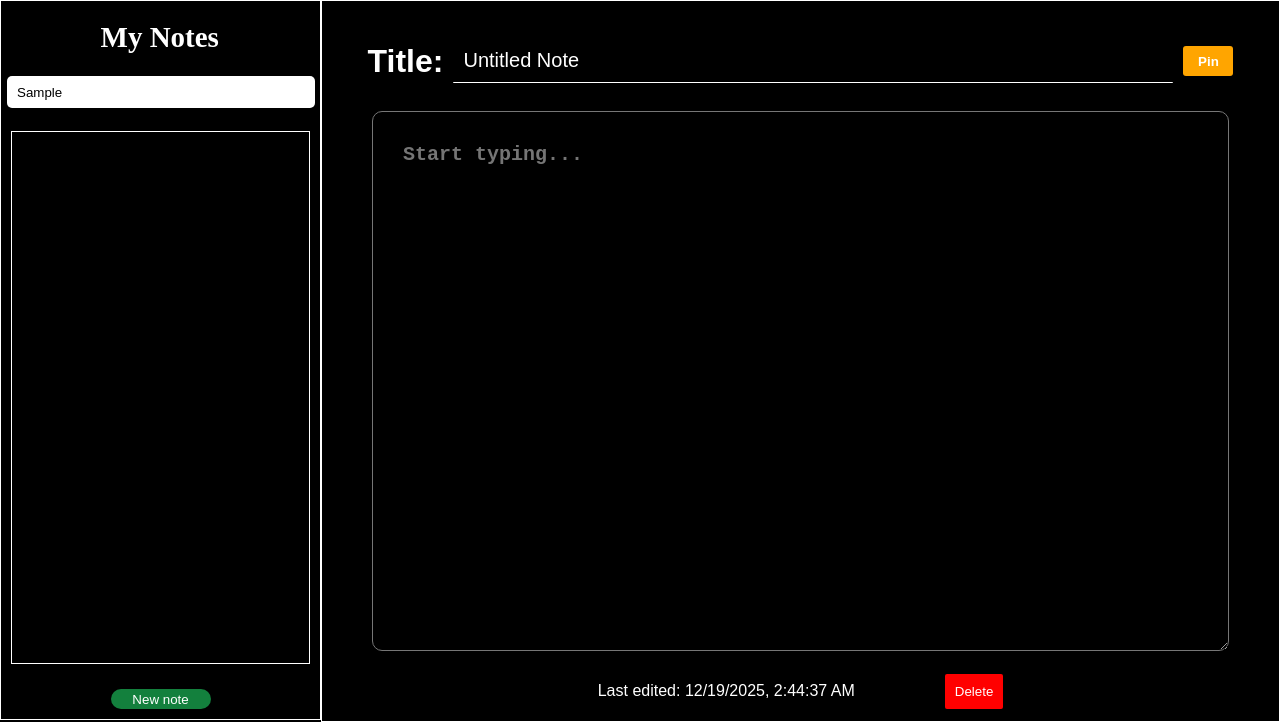
Repository: dmpelaez/myNotes
Page: QuickNotes.html
An editor plug-in stored every save of this project. The page is shown before and after the next save, followed by the edit.
The browser window is 1280 px wide. The pictures show the whole page.
Empty fields were first filled with sample values (such as "Sample", 5 or name@example.com).
After loading, the first visible `button.add-button` was clicked once.

Above is the page before, as saved 2025-12-19 12:33:47.

After the next save:
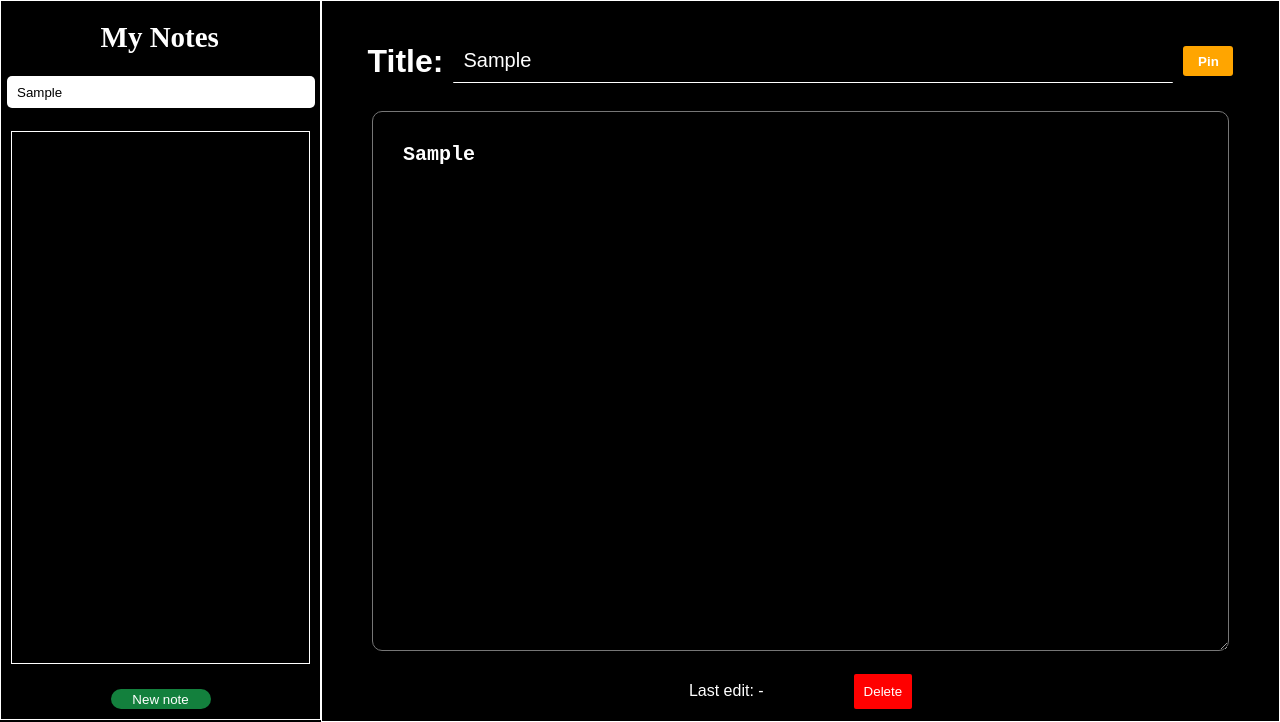
Console error: TypeError: Date.Now is not a function
Saved 2 min 30 s later.
--- a/QuickNote.js
+++ b/QuickNote.js
@@ -96,7 +96,7 @@
 
 function addNote() {
   const newNotes = {
-    id: Date.now(),
+    id: Date.Now(),
     title: "",
     content: "",
     date: new Date().toLocaleString(),

After the save that followed:
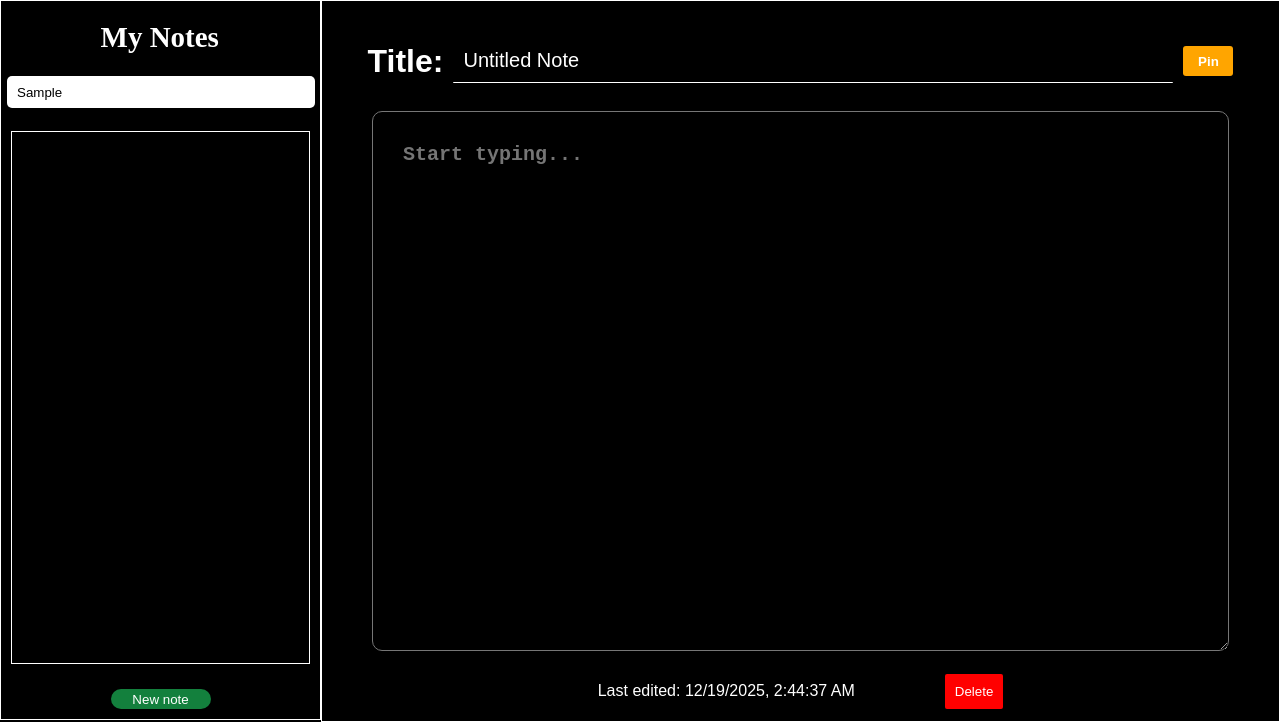
The error is gone.
Saved 8 s later.
--- a/QuickNote.js
+++ b/QuickNote.js
@@ -96,7 +96,7 @@
 
 function addNote() {
   const newNotes = {
-    id: Date.Now(),
+    id: Date.now(),
     title: "",
     content: "",
     date: new Date().toLocaleString(),
